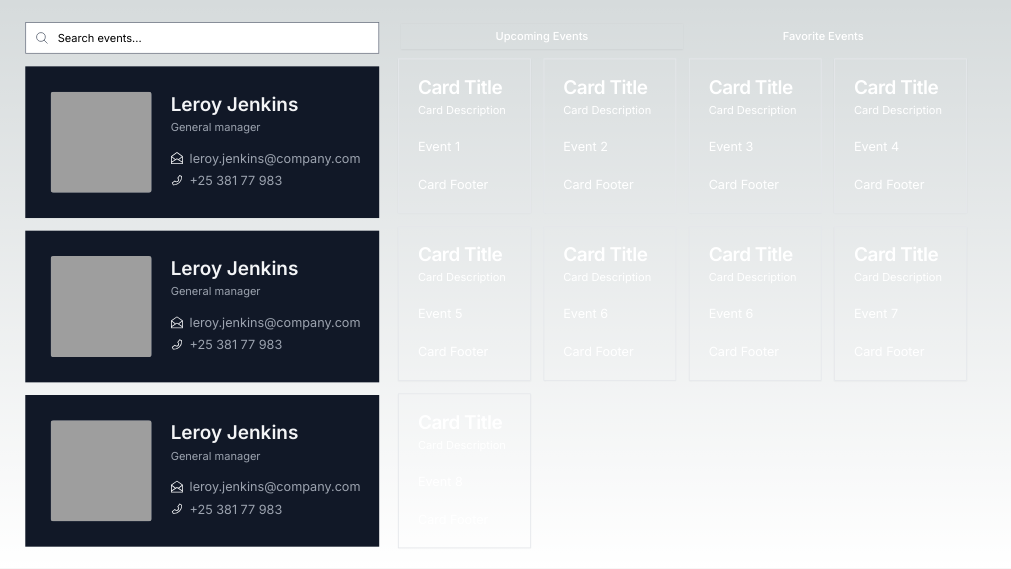
Repository: loktioncode/events-app
Page: /
These files come from the project's save history. The page is drawn as it stood at one moment and after the next save; the edit follows.
The browser window is 1280 px wide. The pictures show the whole page, at 79% of full size.
Pictures or frames that could not be fetched are drawn as grey boxes. The project was rebuilt for these pictures with package versions that can differ from the ones it lists, and the page was loaded fresh each time. The framework's server and built-in components were replaced by stand-ins that run in the browser. Also part of the build but not shown: next.config.js, components/favouriteEvents.tsx.

Above is the page before, as saved 2023-11-30 21:16:02.

### app/page.tsx
import Image from 'next/image'
import Search from '../components/searchInput';
import Events from '../components/events';
import BandInfo from '../components/bandInfo';


export default function Home(
  {
    searchParams,
  }: {
    searchParams?: {
      query?: string;
      page?: string;
    };
  }
) {



  return (
    <main className="flex max-h-screen flex-row items-center justify-between p-8">

      <div className="flex flex-col">
        <Search placeholder="Search events..." />
        <BandInfo />
        <BandInfo />
        <BandInfo />

      </div >

      <Events />

    </main>
  )
}

### app/globals.css
@tailwind base;
@tailwind components;
@tailwind utilities;

:root {
  --foreground-rgb:  255, 255, 255;
  --background-start-rgb: 214, 219, 220;
  --background-end-rgb: 255, 255, 255;
}

@media (prefers-color-scheme: dark) {
  :root {
    --foreground-rgb: 255, 255, 255;
    --background-start-rgb:  255, 255, 255;
    --background-end-rgb: 255, 255, 255;
  }
}

body {
  color: rgb(var(--foreground-rgb));
  background: linear-gradient(
      to bottom,
      transparent,
      rgb(var(--background-end-rgb))
    )
    rgb(var(--background-start-rgb));
}

### components/searchInput.tsx
'use client';
import { useSearchParams, usePathname, useRouter } from 'next/navigation';
import { MagnifyingGlassIcon } from '@heroicons/react/24/outline';

export default function Search({ placeholder }: { placeholder: string}) {
    const searchParams = useSearchParams();
    const pathname = usePathname();
    const { replace } = useRouter();


    function handleSearch(term: string) {
        console.log(term);
        const params = new URLSearchParams(searchParams);
        if (term) {
            params.set('query', term);
        } else {
            params.delete('query');
        }
        replace(`${pathname}?${params.toString()}`);
    }


return (
    <div className="relative  w-full">
        <label htmlFor="search" className="sr-only text-black">
            Search Artist
        </label>
        <input
            className="peer block w-full rounded-md border border-gray-500 py-[9px] pl-10 text-sm outline-2 placeholder:text-black text-black"
            placeholder={placeholder}
            onChange={(e) => {
                handleSearch(e.target.value);
            }}
            defaultValue={searchParams.get('query')?.toString() || ''}
        />
        <MagnifyingGlassIcon className="absolute left-3 top-1/2 h-[18px] w-[18px] -translate-y-1/2 text-gray-500 peer-focus:text-gray-900" />
    </div>
);
}

### components/events.tsx
'use client';
import { useSearchParams, usePathname, useRouter } from 'next/navigation';
import { Tabs, TabsContent, TabsList, TabsTrigger } from "@/components/ui/tabs"
import FavoriteEvents from './favouriteEvents';
import AllEvents from './allEvents';

export default function Events() {
    const searchParams = useSearchParams();
    const pathname = usePathname();
    const { replace } = useRouter();




    return (
        <Tabs defaultValue="all" className="mx-6 w-full">
            <TabsList className='w-full'>
                <TabsTrigger value="all" className='w-full'>Upcoming Events</TabsTrigger>
                <TabsTrigger value="favorites" className='w-full'>Favorite Events</TabsTrigger>
            </TabsList>
            <TabsContent value="all"><AllEvents/></TabsContent>
            <TabsContent value="favorites"><FavoriteEvents/> </TabsContent>
        </Tabs>

    );
}

### components/bandInfo.tsx
'use client';

export default function BandInfo() {

    return (
        <div className="max-w-md p-8 sm:flex sm:space-x-6 bg-gray-900 text-gray-100 mt-4">
            <div className="flex-shrink-0 w-full mb-6 h-44 sm:h-32 sm:w-32 sm:mb-0">
                <img src="https://source.unsplash.com/100x100/?portrait?1" alt="" className="object-cover object-center w-full h-full rounded bg-gray-500" />
            </div>
            <div className="flex flex-col space-y-4">
                <div>
                    <h2 className="text-2xl font-semibold">Leroy Jenkins</h2>
                    <span className="text-sm text-gray-400">General manager</span>
                </div>
                <div className="space-y-1">
                    <span className="flex items-center space-x-2">
                        <svg xmlns="http://www.w3.org/2000/svg" viewBox="0 0 512 512" aria-label="Email address" className="w-4 h-4">
                            <path fill="currentColor" d="M274.6,25.623a32.006,32.006,0,0,0-37.2,0L16,183.766V496H496V183.766ZM464,402.693,339.97,322.96,464,226.492ZM256,51.662,454.429,193.4,311.434,304.615,256,268.979l-55.434,35.636L57.571,193.4ZM48,226.492,172.03,322.96,48,402.693ZM464,464H48V440.735L256,307.021,464,440.735Z"></path>
                        </svg>
                        <span className="text-gray-400">leroy.jenkins@company.com</span>
                    </span>
                    <span className="flex items-center space-x-2">
                        <svg xmlns="http://www.w3.org/2000/svg" viewBox="0 0 512 512" aria-label="Phonenumber" className="w-4 h-4">
                            <path fill="currentColor" d="M449.366,89.648l-.685-.428L362.088,46.559,268.625,171.176l43,57.337a88.529,88.529,0,0,1-83.115,83.114l-57.336-43L46.558,362.088l42.306,85.869.356.725.429.684a25.085,25.085,0,0,0,21.393,11.857h22.344A327.836,327.836,0,0,0,461.222,133.386V111.041A25.084,25.084,0,0,0,449.366,89.648Zm-20.144,43.738c0,163.125-132.712,295.837-295.836,295.837h-18.08L87,371.76l84.18-63.135,46.867,35.149h5.333a120.535,120.535,0,0,0,120.4-120.4v-5.333l-35.149-46.866L371.759,87l57.463,28.311Z"></path>
                        </svg>
                        <span className="text-gray-400">+25 381 77 983</span>
                    </span>
                </div>
            </div>
        </div>
    );
}

### components/ui/tabs.tsx
"use client"

import * as React from "react"
import * as TabsPrimitive from "@radix-ui/react-tabs"

import { cn } from "@/lib/utils"

const Tabs = TabsPrimitive.Root

const TabsList = React.forwardRef<
  React.ElementRef<typeof TabsPrimitive.List>,
  React.ComponentPropsWithoutRef<typeof TabsPrimitive.List>
>(({ className, ...props }, ref) => (
  <TabsPrimitive.List
    ref={ref}
    className={cn(
      "inline-flex h-10 items-center justify-center rounded-md bg-muted p-1 text-muted-foreground",
      className
    )}
    {...props}
  />
))
TabsList.displayName = TabsPrimitive.List.displayName

const TabsTrigger = React.forwardRef<
  React.ElementRef<typeof TabsPrimitive.Trigger>,
  React.ComponentPropsWithoutRef<typeof TabsPrimitive.Trigger>
>(({ className, ...props }, ref) => (
  <TabsPrimitive.Trigger
    ref={ref}
    className={cn(
      "inline-flex items-center justify-center whitespace-nowrap rounded-sm px-3 py-1.5 text-sm font-medium ring-offset-background transition-all focus-visible:outline-none focus-visible:ring-2 focus-visible:ring-ring focus-visible:ring-offset-2 disabled:pointer-events-none disabled:opacity-50 data-[state=active]:bg-background data-[state=active]:text-foreground data-[state=active]:shadow-sm",
      className
    )}
    {...props}
  />
))
TabsTrigger.displayName = TabsPrimitive.Trigger.displayName

const TabsContent = React.forwardRef<
  React.ElementRef<typeof TabsPrimitive.Content>,
  React.ComponentPropsWithoutRef<typeof TabsPrimitive.Content>
>(({ className, ...props }, ref) => (
  <TabsPrimitive.Content
    ref={ref}
    className={cn(
      "mt-2 ring-offset-background focus-visible:outline-none focus-visible:ring-2 focus-visible:ring-ring focus-visible:ring-offset-2",
      className
    )}
    {...props}
  />
))
TabsContent.displayName = TabsPrimitive.Content.displayName

export { Tabs, TabsList, TabsTrigger, TabsContent }

### components/allEvents.tsx
import {
    Card,
    CardContent,
    CardDescription,
    CardFooter,
    CardHeader,
    CardTitle,
} from "@/components/ui/card"


export default function AllEvents() {



    return (
        <div className="grid grid-cols-4 gap-4">
            {
                [1, 2, 3, 4, 5, 6, 6, 7, 8].map((event) => (

                    <Card key={event}>
                        <CardHeader>
                            <CardTitle>Card Title</CardTitle>
                            <CardDescription>Card Description</CardDescription>
                        </CardHeader>
                        <CardContent>
                            <p> Event {event}</p>
                        </CardContent>
                        <CardFooter>
                            <p>Card Footer</p>
                        </CardFooter>
                    </Card>

                ))
            }
        </div>

    );
}

### components/ui/card.tsx
import * as React from "react"

import { cn } from "@/lib/utils"

const Card = React.forwardRef<
  HTMLDivElement,
  React.HTMLAttributes<HTMLDivElement>
>(({ className, ...props }, ref) => (
  <div
    ref={ref}
    className={cn(
      "rounded-lg border bg-card text-card-foreground shadow-sm",
      className
    )}
    {...props}
  />
))
Card.displayName = "Card"

const CardHeader = React.forwardRef<
  HTMLDivElement,
  React.HTMLAttributes<HTMLDivElement>
>(({ className, ...props }, ref) => (
  <div
    ref={ref}
    className={cn("flex flex-col space-y-1.5 p-6", className)}
    {...props}
  />
))
CardHeader.displayName = "CardHeader"

const CardTitle = React.forwardRef<
  HTMLParagraphElement,
  React.HTMLAttributes<HTMLHeadingElement>
>(({ className, ...props }, ref) => (
  <h3
    ref={ref}
    className={cn(
      "text-2xl font-semibold leading-none tracking-tight",
      className
    )}
    {...props}
  />
))
CardTitle.displayName = "CardTitle"

const CardDescription = React.forwardRef<
  HTMLParagraphElement,
  React.HTMLAttributes<HTMLParagraphElement>
>(({ className, ...props }, ref) => (
  <p
    ref={ref}
    className={cn("text-sm text-muted-foreground", className)}
    {...props}
  />
))
CardDescription.displayName = "CardDescription"

const CardContent = React.forwardRef<
  HTMLDivElement,
  React.HTMLAttributes<HTMLDivElement>
>(({ className, ...props }, ref) => (
  <div ref={ref} className={cn("p-6 pt-0", className)} {...props} />
))
CardContent.displayName = "CardContent"

const CardFooter = React.forwardRef<
  HTMLDivElement,
  React.HTMLAttributes<HTMLDivElement>
>(({ className, ...props }, ref) => (
  <div
    ref={ref}
    className={cn("flex items-center p-6 pt-0", className)}
    {...props}
  />
))
CardFooter.displayName = "CardFooter"

export { Card, CardHeader, CardFooter, CardTitle, CardDescription, CardContent }

Loaded but not shown: app/layout.tsx (common file); lib/utils.ts (common file); tailwind.config.js (common file)

After the next save:
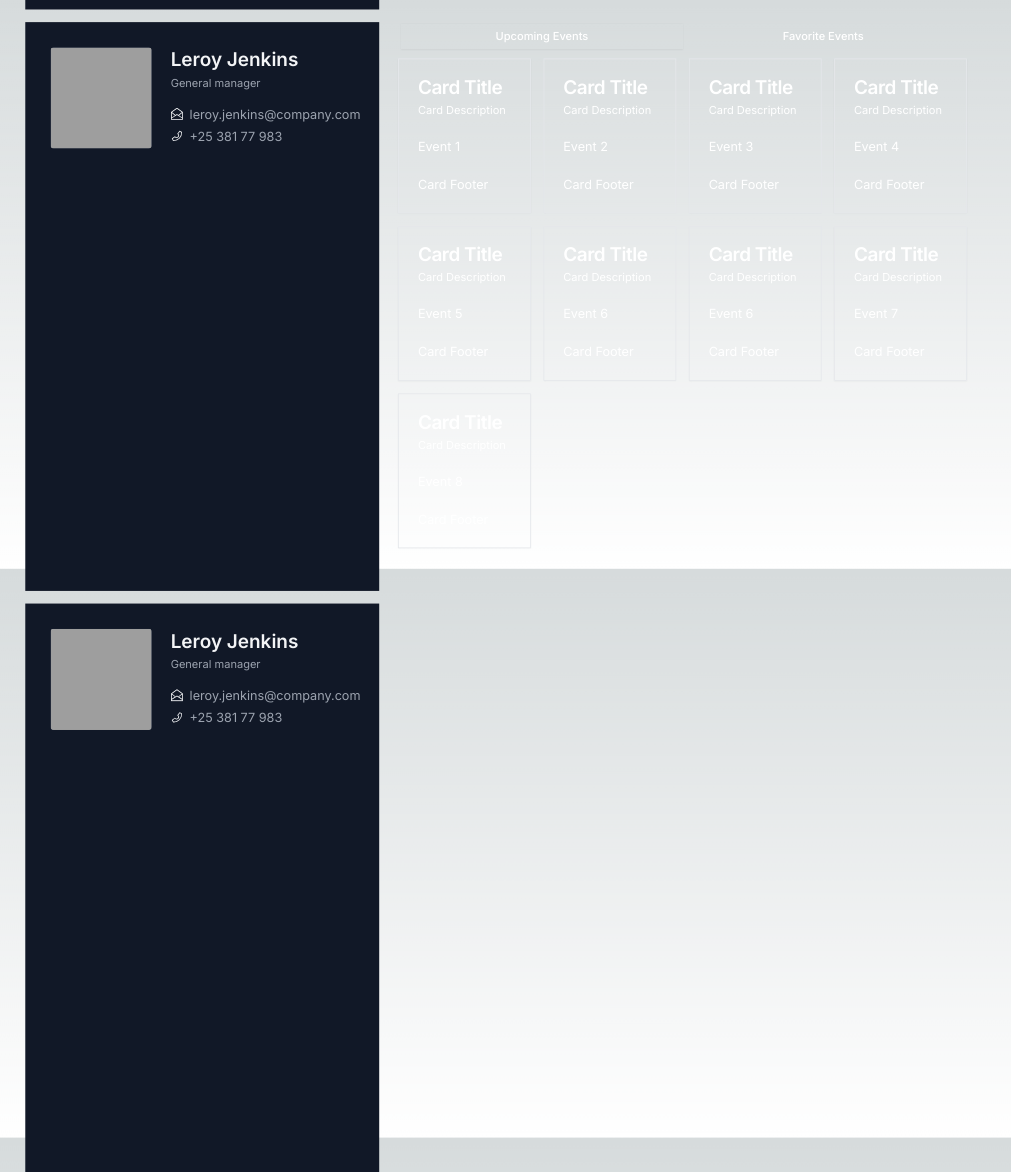
Saved 23 s later.
--- a/components/bandInfo.tsx
+++ b/components/bandInfo.tsx
@@ -3,7 +3,7 @@
 export default function BandInfo() {
 
     return (
-        <div className="max-w-md p-8 sm:flex sm:space-x-6 bg-gray-900 text-gray-100 mt-4">
+        <div className="max-w-md p-8 sm:flex sm:space-x-6 bg-gray-900 text-gray-100 mt-4 h-[100vh]">
             <div className="flex-shrink-0 w-full mb-6 h-44 sm:h-32 sm:w-32 sm:mb-0">
                 <img src="https://source.unsplash.com/100x100/?portrait?1" alt="" className="object-cover object-center w-full h-full rounded bg-gray-500" />
             </div>
